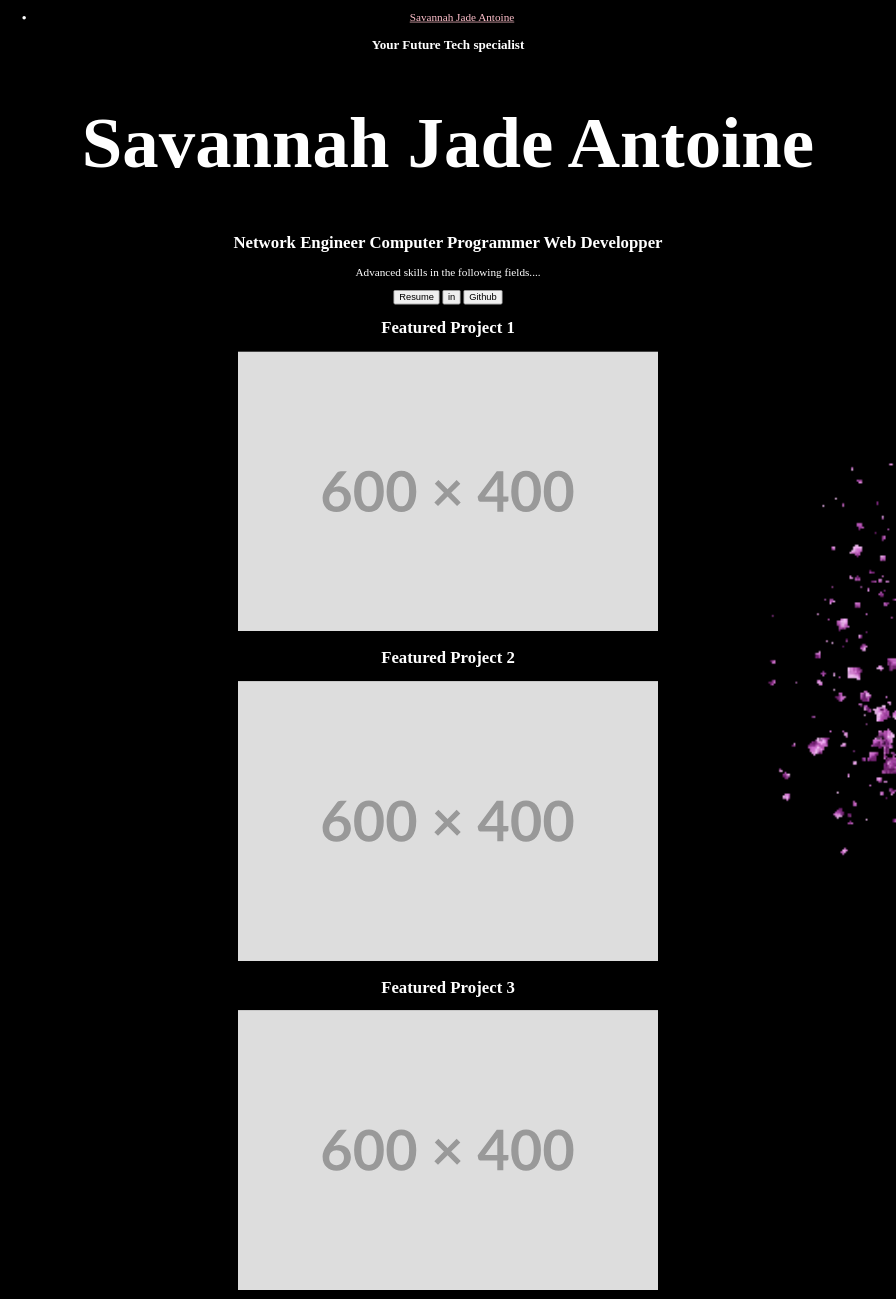
Repository: Savannah-Antoine/Savannah-Antoine
Page: index.html
An editor plug-in stored every save of this project. The page is shown before and after the next save, followed by the edit.
The browser window is 1280 px wide. The pictures show the whole page, at 70% of full size.

Above is the page before, as saved 2026-04-22 23:07:21.

### index.html
<!DOCTYPE html>
<html lang="en">
<head>
    <meta charset="UTF-8">
    <meta name="viewport" content="width=device-width, initial-scale=1.0">
    <link rel = "stylesheet" href = "./styles/index.css" />
    <link rel = "stylesheet" href = "./styles/globals.css" />
    <title>Document</title>
</head>
<body>
<header>
    <nav>
        <ul>
           <li><a  class = "homeButton" href = "index.html">Savannah Jade Antoine</a></li>
        </ul>
</nav>
<h3>Your Future Tech specialist</h3>
<h1> Savannah Jade Antoine</h1>
<h2>Network Engineer Computer Programmer Web Developper</h2>
<p> Advanced skills in the following fields....</p>
<button>Resume</button>
<button>in</button>
<button>Github</button>

</header>
<main class = "container">

<section >
<h2>Featured Project 1</h2>
<img src = "./assets/images/placeholder1.svg" alt = "First Portfolio placeholder image" />

</section>

<section>
<h2>Featured Project 2</h2>
<img src = "./assets/images/placeholder1.svg" alt = "Second Portfolio placeholder image" />
</section>
<section>
<h2>Featured Project 3</h2>
<img src = "./assets/images/placeholder1.svg" alt = "Third Portfolio placeholder image" />
</section>

</main>

</body>
</html>

### styles/index.css
.container{

    justify-content: center;
    gap:2rem;
}

section{
    align-items: flex-end;
}

@media screen and (max-width: 768px)
{
    .container{
          display:flex;


    }
}

@media screen and (max-width: 1000px)
{
    section{

        margin:0 auto;

    }
}

### styles/globals.css
body {
    background-color: black;
  background-image: url(/assets/images/background-pic.gif);
  background-repeat: no-repeat;
  background-size: cover;
  color: white;
  font-size: 16px;
  text-align: center;
}

body h1{
    font-size: 6.5rem;
}

.homeButton{
    text-align:left;
    color:pink;
}

After the next save:
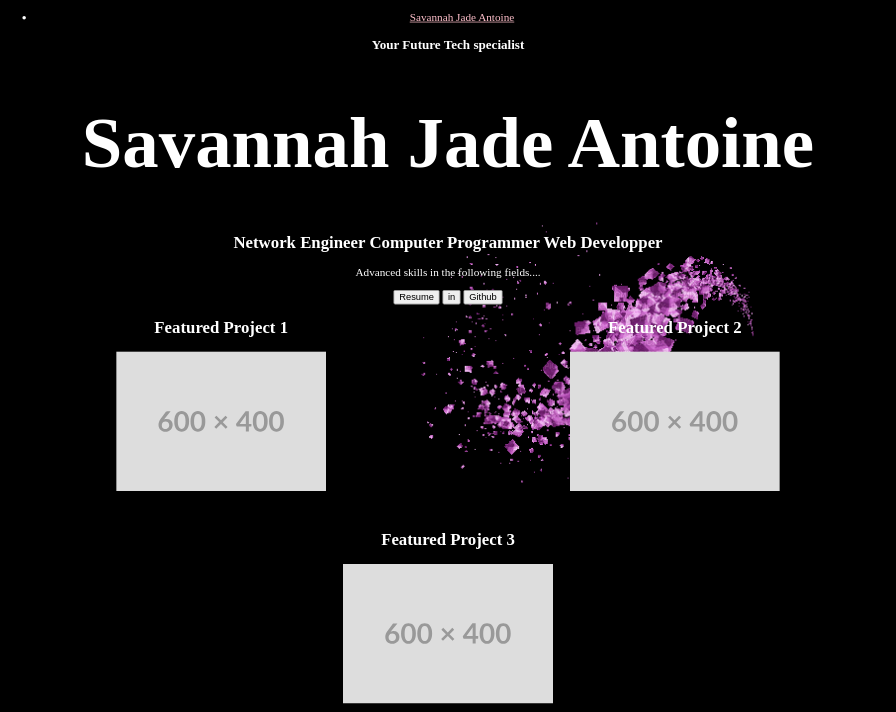
Saved 6 min 32 s later.
--- a/styles/index.css
+++ b/styles/index.css
@@ -1,23 +1,27 @@
 .container{
-
+   display:flex;
+   flex-direction:column;
     justify-content: center;
     gap:2rem;
 }
 
-section{
-    align-items: flex-end;
+img{
+    width: 50%;
+    height:auto;
 }
 
-@media screen and (max-width: 768px)
+@media screen and (min-width: 768px)
 {
     .container{
           display:flex;
-
+          flex-direction: row;
+          flex-wrap: wrap;
+          justify-content: center;
 
     }
 }
 
-@media screen and (max-width: 1000px)
+@media screen and (min-width: 1000px)
 {
     section{
 
